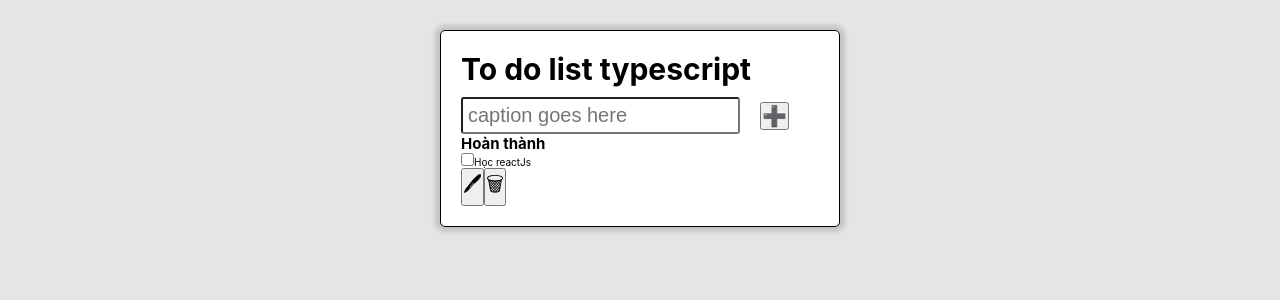
Repository: Nhatktvn/TodoListReactTs
Page: /
The author's editor kept a copy of each file at every save. The page is drawn from the files as they stood at one save, then again after the next save.
The browser window is 1280 px wide. The pictures show the whole page.
The project was rebuilt for these pictures with package versions that can differ from the ones it lists, and the page was loaded fresh each time. Also part of the build but not shown: src/components/TaskList/tasklist.module.scss.

Above is the page before, as saved 2023-11-08 08:46:35.

After the next save:
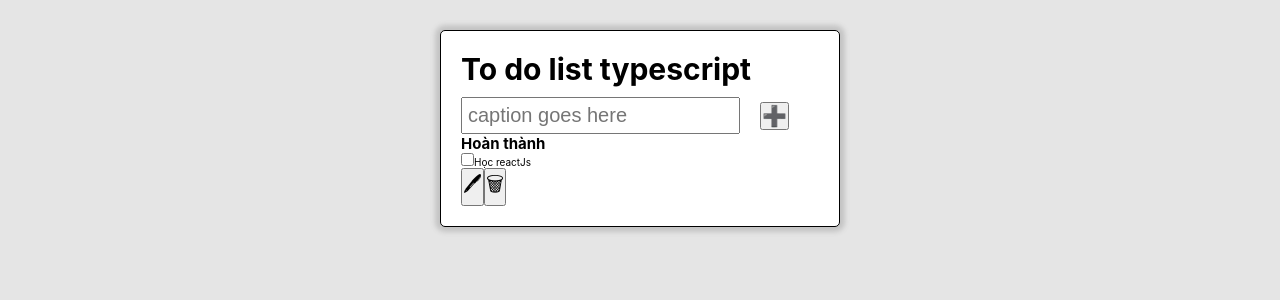
Saved 4 s later.
--- a/src/components/TaskInput/taskInput.module.scss
+++ b/src/components/TaskInput/taskInput.module.scss
@@ -10,6 +10,5 @@
   gap: 2rem;
   input {
     padding: 5px;
-    border-radius: 3px;
   }
 }
